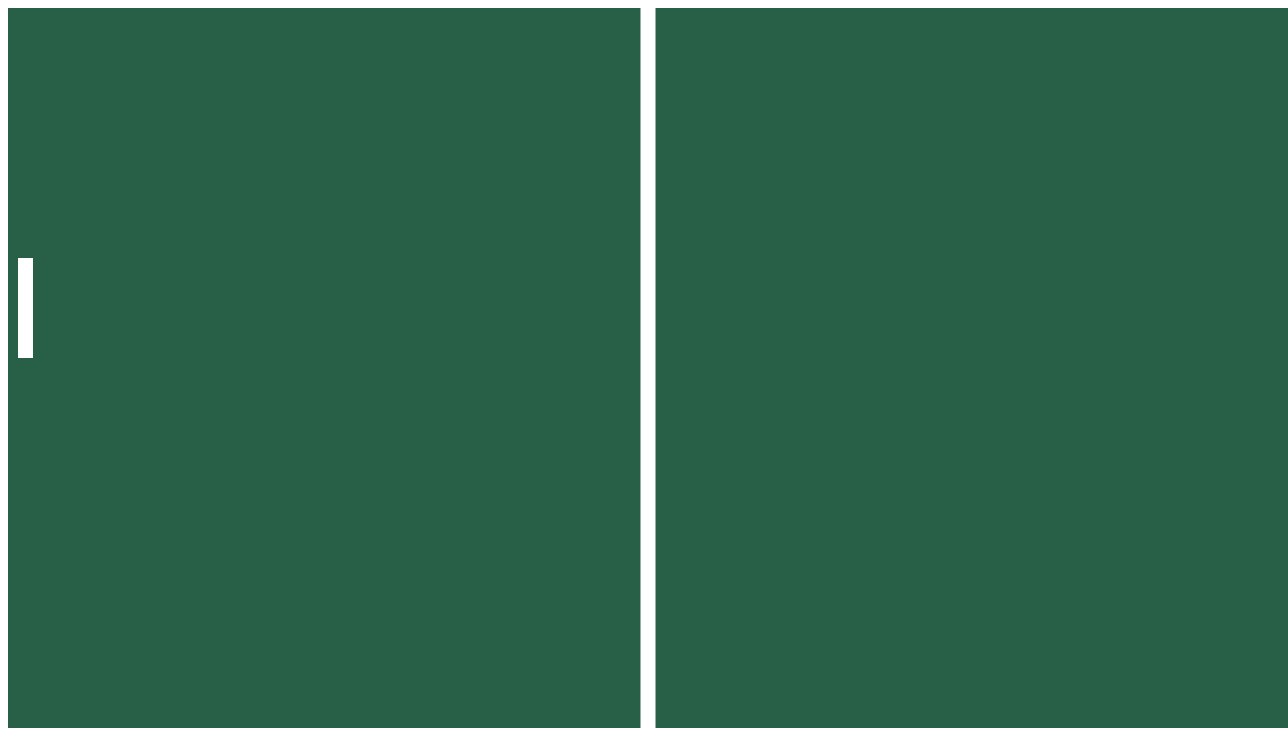
Repository: luizgaivaa/Game
Page: index.html
These files come from the project's save history. The page is drawn as it stood at one moment and after the next save; the edit follows.
The browser window is 1280 px wide. The page is 1288 px wide, so the pictures cover 1288 px, including what lies to the right of the window. The pictures show the whole page.

Above is the page before, as saved 2024-03-26 15:54:32.

After the next save:
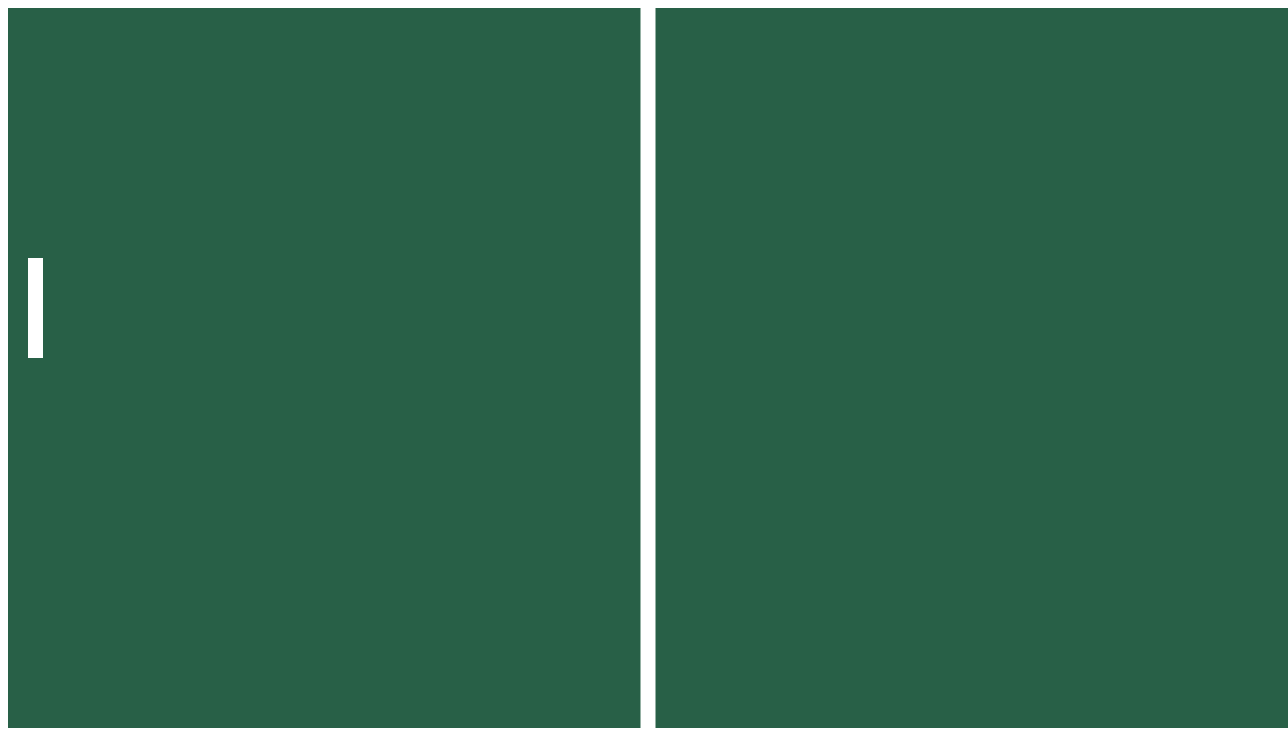
Saved 21 s later.
--- a/index.html
+++ b/index.html
@@ -28,7 +28,7 @@
             const h = window.innerHeight
 
             canvasCtx.fillRect(x,y,w,h)
-            canvasCtx.fillRect(10,250,lineWidth,100)
+            canvasCtx.fillRect(20,250,lineWidth,100)
         }
         setup()
         draw()
